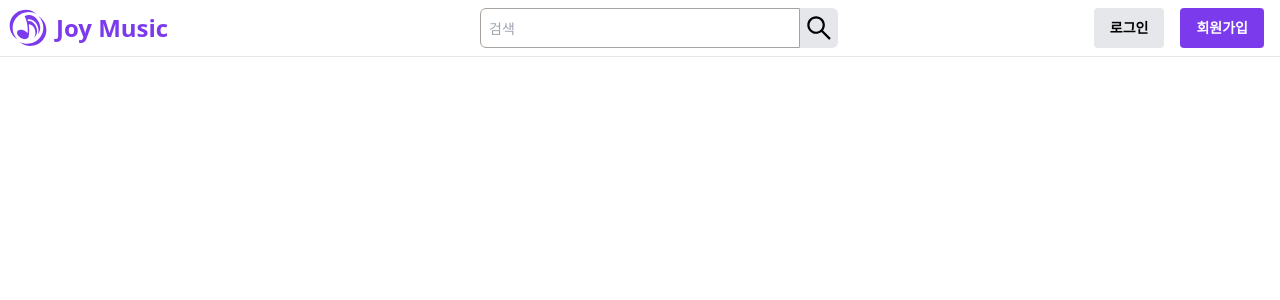
Repository: momo0170/streaming
Page: /
These files come from the project's save history. The page is drawn as it stood at one moment and after a run of saves; the edit follows.
The browser window is 1280 px wide. The pictures show the whole page.
The project was rebuilt for these pictures with package versions that can differ from the ones it lists, and the page was loaded fresh each time. Also part of the build but not shown: src/App.css.

Above is the page before, as saved 2023-09-18 18:41:49.

After the next 2 saves:
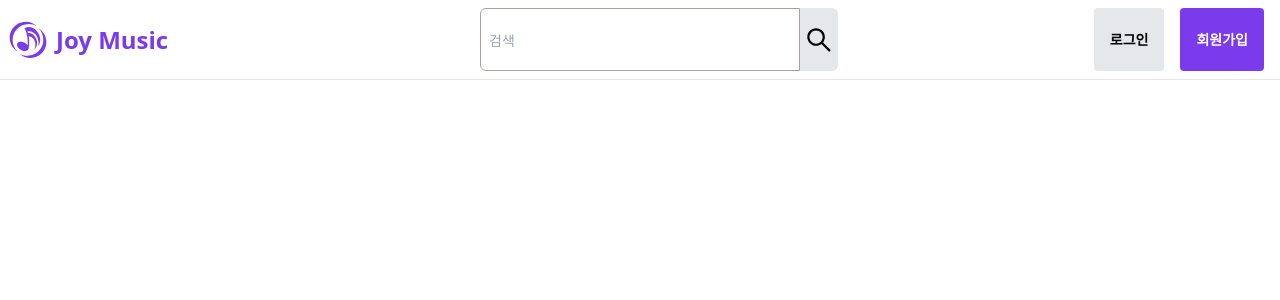
The 2 saves are shown as one change because they came seconds apart.
The last was saved 89 s later.
--- a/src/components/Header.jsx
+++ b/src/components/Header.jsx
@@ -5,7 +5,7 @@ import { Link } from 'react-router-dom';
 
 export default function Header() {
   return (
-    <header className="flex justify-between p-2 border-b">
+    <header className="flex justify-between p-2 border-b h-20">
       <Link to="/" className="flex items-center">
         <GiMusicSpell
           size="40"
